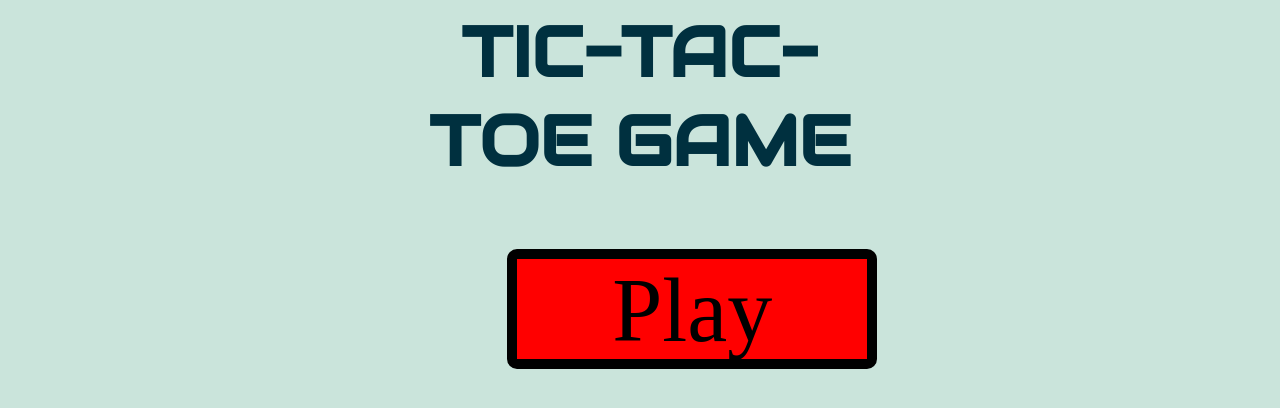
Repository: blackSky1213/tic-tac-toe
Page: index.html
These files come from the project's save history. The page is drawn as it stood at one moment and after a run of saves; the edit follows.
The browser window is 1280 px wide. The pictures show the whole page.

Above is the page before, as saved 2020-12-28 20:45:18.

After the next 3 saves:
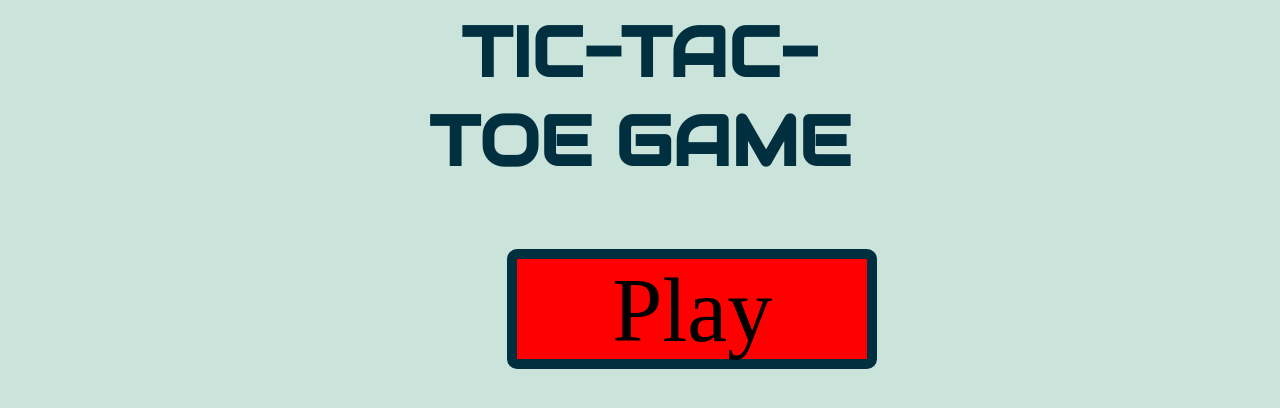
The 3 saves are shown as one change because they came seconds apart.
The last was saved 61 s later.
--- a/styles/index.css
+++ b/styles/index.css
@@ -18,6 +18,6 @@ body{
     border-radius: 10px;
     text-align: center;
     font-size: 90px;
-    border:solid 10px;
+    border:solid 10px #00303f;
 
 }
